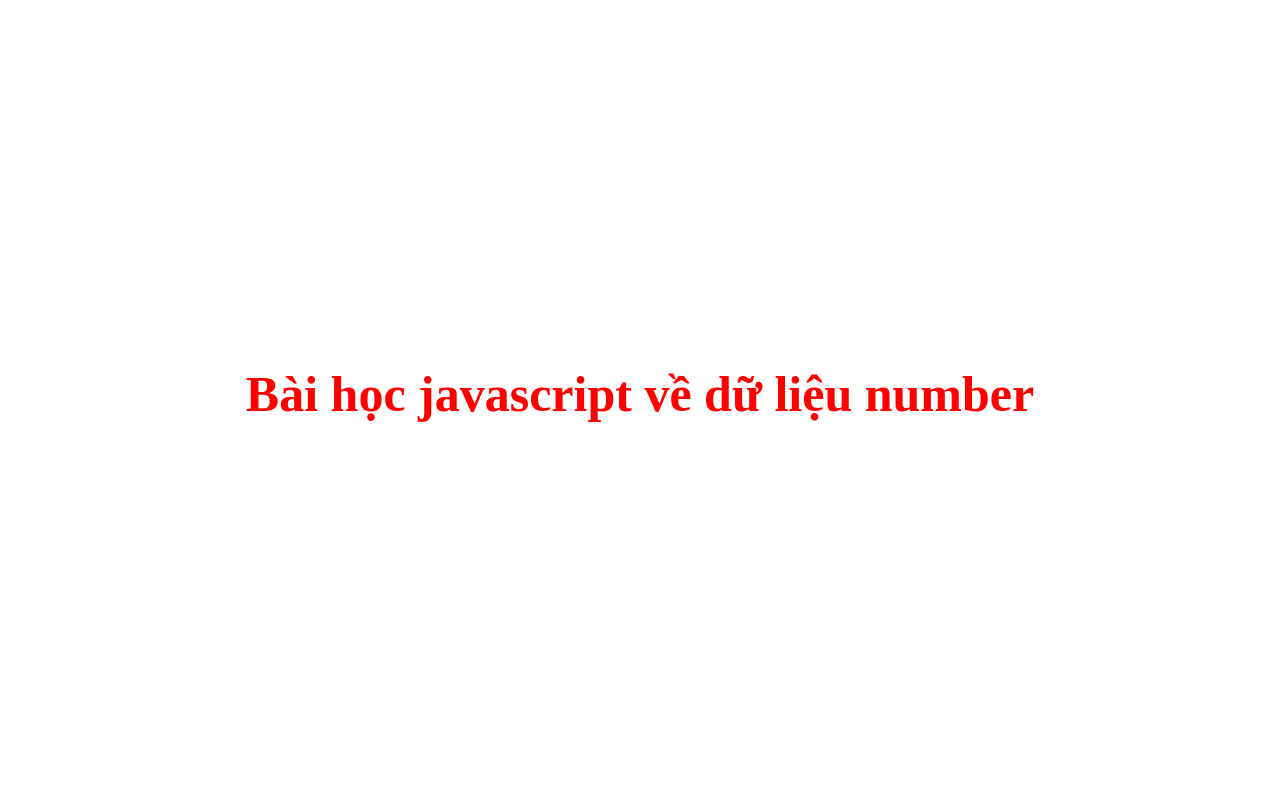
Repository: NgocVinh31/testjs
Page: number/index.html
The author's editor kept a copy of each file at every save. The page is drawn from the files as they stood at one save, then again after the next save.
The browser window is 1280 px wide. The pictures show the whole page.

Above is the page before, as saved 2021-07-08 00:12:37.

### number/index.html
<!DOCTYPE html>
<html lang="en">
<head>
    <meta charset="UTF-8">
    <meta http-equiv="X-UA-Compatible" content="IE=edge">
    <meta name="viewport" content="width=device-width, initial-scale=1.0">
    <title>Document</title>
</head>
<body>
    <style>
        h1{
            width: 100%;
            height: 100vh;
            line-height: 100vh;
            font-size: 50px;
            color: red;
            text-align: center;
        }
    </style>
    <h1>Bài học javascript về dữ liệu number</h1>
    <script src="./number.js"></script>
</body>
</html>

Loaded but not shown: number/number.js (no stored copy; drawn as an empty file)

After the next save:
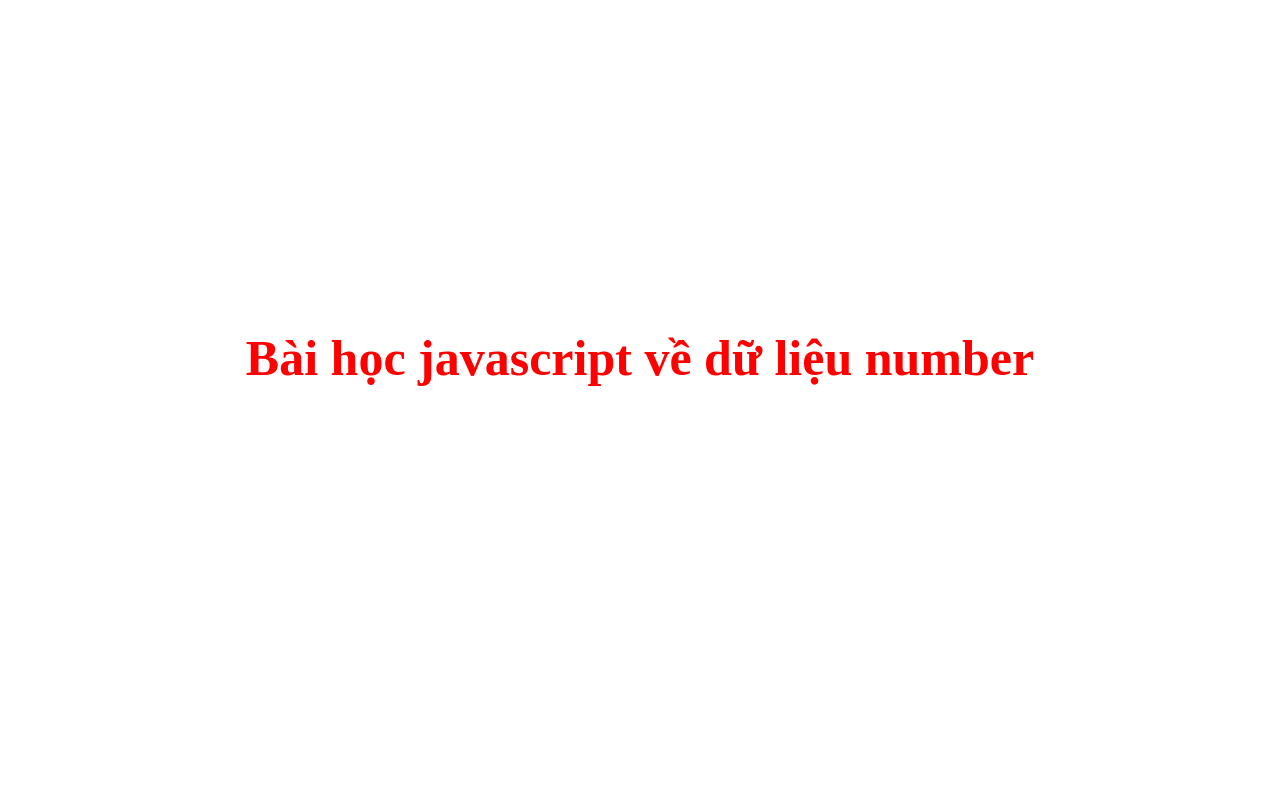
Saved 11 s later.
--- a/number/index.html
+++ b/number/index.html
@@ -11,7 +11,7 @@
         h1{
             width: 100%;
             height: 100vh;
-            line-height: 100vh;
+            line-height: 90vh;
             font-size: 50px;
             color: red;
             text-align: center;
